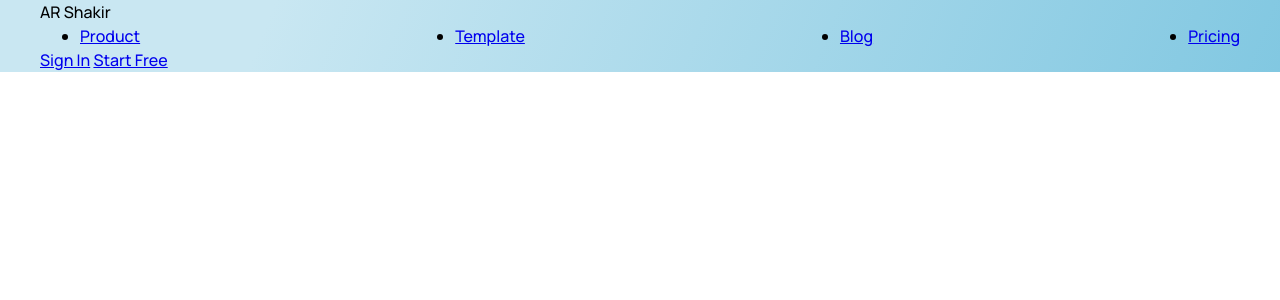
Repository: duongdori/ARShakir
Page: index.html
The author's editor kept a copy of each file at every save. The page is drawn from the files as they stood at one save, then again after the next save.
The browser window is 1280 px wide. The pictures show the whole page.

Above is the page before, as saved 2022-04-01 21:50:22.

After the next save:
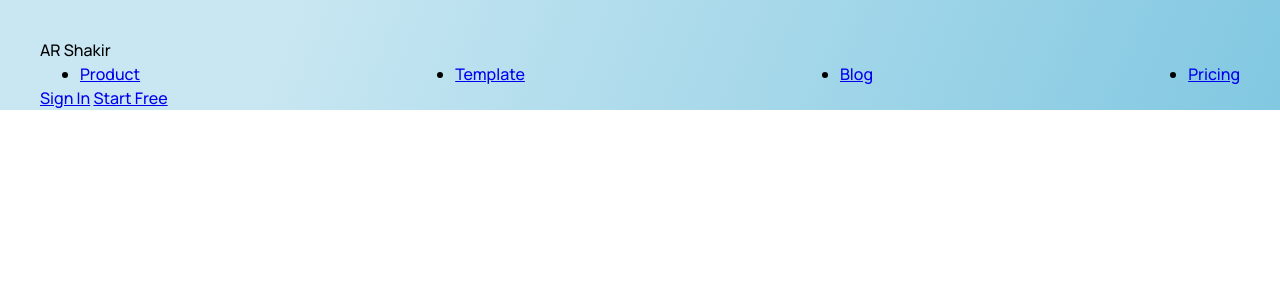
Saved 2 min 1 s later.
--- a/assets/css/main.css
+++ b/assets/css/main.css
@@ -49,7 +49,7 @@ body {
     background: linear-gradient(292.12deg, #62BADA -35.02%, #C9E7F2 78.96%);
 }
 .header-top{
-
+    padding-top: 38px;
 }
 .header-logo{
 
